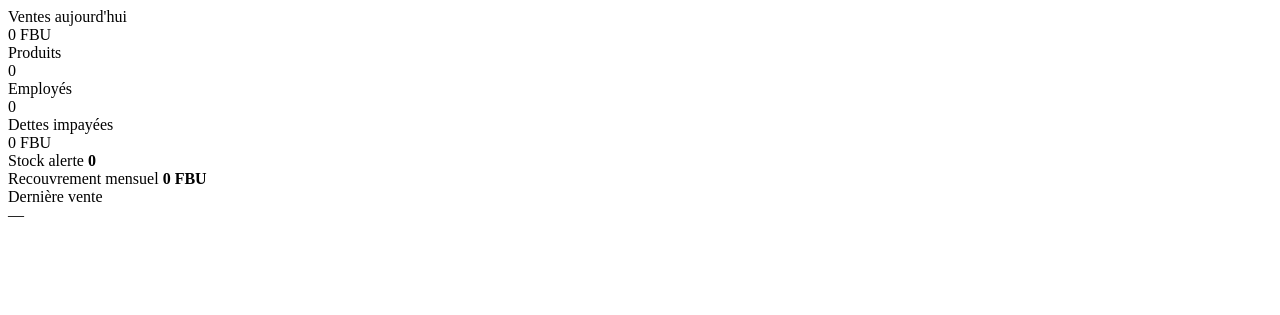
Repository: amosndayikeza-dev/Reviewa
Page: public/assets/html/manager/dashboard-content.html
These files come from the project's save history. The page is drawn as it stood at one moment and after the next save; the edit follows.
The browser window is 1280 px wide. The pictures show the whole page.

Above is the page before, as saved 2026-05-30 02:49:41.

After the next save:
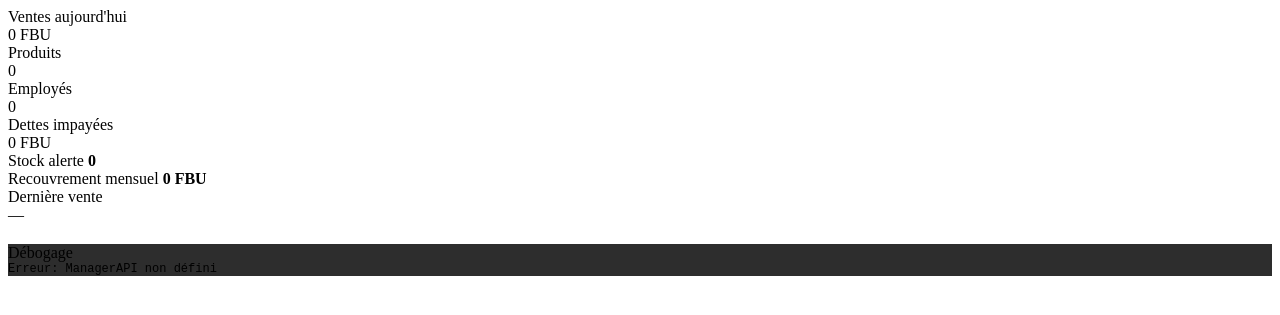
Saved 18 min 26 s later.
--- a/public/assets/html/manager/dashboard-content.html
+++ b/public/assets/html/manager/dashboard-content.html
@@ -36,28 +36,60 @@
         </div>
         <div id="lastSaleInfo">—</div>
     </div>
+
+    <!-- ZONE DE DÉBOGAGE (à supprimer plus tard) -->
+    <div class="mgr-card" style="margin-top: 20px; background: #2d2d2d;">
+        <div class="mgr-card-title">
+            <i class="fas fa-bug"></i> Débogage
+        </div>
+        <div id="debug-output" style="font-size: 12px; font-family: monospace; white-space: pre-wrap; max-height: 200px; overflow: auto;"></div>
+    </div>
 </div>
 
 <script>
     (function() {
         async function loadData() {
-            if (typeof ManagerAPI === 'undefined') return;
+            const debugDiv = document.getElementById('debug-output');
+            if (debugDiv) debugDiv.innerText = 'Chargement...';
+
+            if (typeof ManagerAPI === 'undefined') {
+                if (debugDiv) debugDiv.innerText = 'Erreur: ManagerAPI non défini';
+                return;
+            }
+
             try {
                 const res = await ManagerAPI.dashboard();
+                if (debugDiv) debugDiv.innerText = 'Réponse brute:\n' + JSON.stringify(res, null, 2);
+
                 if (res && res.success) {
-                    const ui = res.ui || {};
-                    document.getElementById('salesDay').innerText = (ui.salesDay || 0) + ' FBU';
-                    document.getElementById('productsCount').innerText = ui.productsCount || 0;
-                    document.getElementById('employeesCount').innerText = ui.employeesCount || 0;
-                    document.getElementById('pendingDebts').innerText = (ui.pendingDebts || 0) + ' FBU';
-                    document.getElementById('lowStockCount').innerText = ui.lowStockCount || 0;
-                    document.getElementById('recoveryMonth').innerText = (ui.recoveryMonth || 0) + ' FBU';
-                    document.getElementById('lastSaleInfo').innerHTML = `
-                        <p>${ui.lastSaleLabel || '—'}</p>
-                        <small>${ui.lastSaleDate || ''}</small>
-                    `;
+                    const dataSource = res.ui || res.data || res;
+                    if (debugDiv) debugDiv.innerText += '\n\nSource utilisée: ' + (res.ui ? 'res.ui' : (res.data ? 'res.data' : 'res'));
+
+                    // Extraction avec fallback
+                    const salesDay = dataSource.salesDay || dataSource.dailyRevenue || 0;
+                    const productsCount = dataSource.productsCount || dataSource.totalProducts || 0;
+                    const employeesCount = dataSource.employeesCount || dataSource.totalEmployees || 0;
+                    const pendingDebts = dataSource.pendingDebts || dataSource.totalDebts || 0;
+                    const lowStockCount = dataSource.lowStockCount || dataSource.lowStock || 0;
+                    const recoveryMonth = dataSource.recoveryMonth || dataSource.monthRecovery || 0;
+
+                    document.getElementById('salesDay').innerText = salesDay + ' FBU';
+                    document.getElementById('productsCount').innerText = productsCount;
+                    document.getElementById('employeesCount').innerText = employeesCount;
+                    document.getElementById('pendingDebts').innerText = pendingDebts + ' FBU';
+                    document.getElementById('lowStockCount').innerText = lowStockCount;
+                    document.getElementById('recoveryMonth').innerText = recoveryMonth + ' FBU';
+
+                    const lastLabel = dataSource.lastSaleLabel || dataSource.lastSale || '—';
+                    const lastDate = dataSource.lastSaleDate || dataSource.saleDate || '';
+                    document.getElementById('lastSaleInfo').innerHTML = `<p>${lastLabel}</p><small>${lastDate}</small>`;
+                } else {
+                    if (debugDiv) debugDiv.innerText += '\n\nAPI non successful: ' + (res?.message || 'unknown');
                 }
-            } catch(e) { console.error(e); }
+            } catch (err) {
+                console.error(err);
+                if (debugDiv) debugDiv.innerText = 'Erreur: ' + err.message;
+            }
         }
         loadData();
     })();
